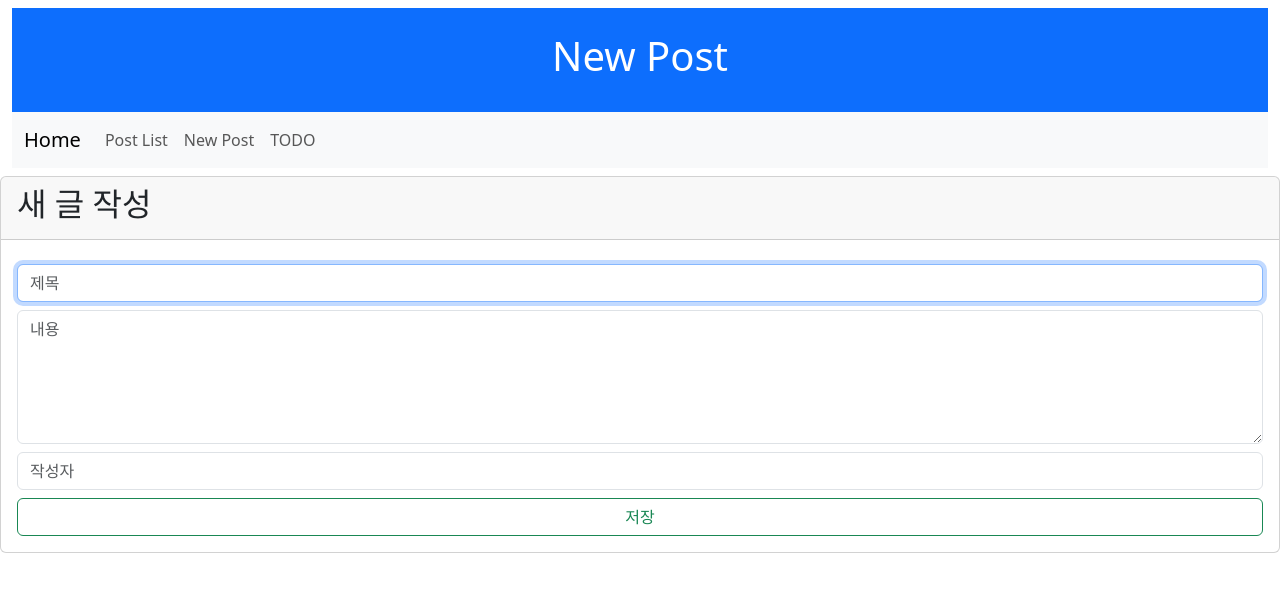
Repository: ldj0905/javaproject
Page: http://localhost/lab05_jsp/post/create
These files come from the project's save history. The page is drawn as it stood at one moment and after the next save; the edit follows.
The browser window is 1280 px wide. The pictures show the whole page.
The page is served by Tomcat 10.

Above is the page before, as saved 2024-05-29 02:54:36.

After the next save:
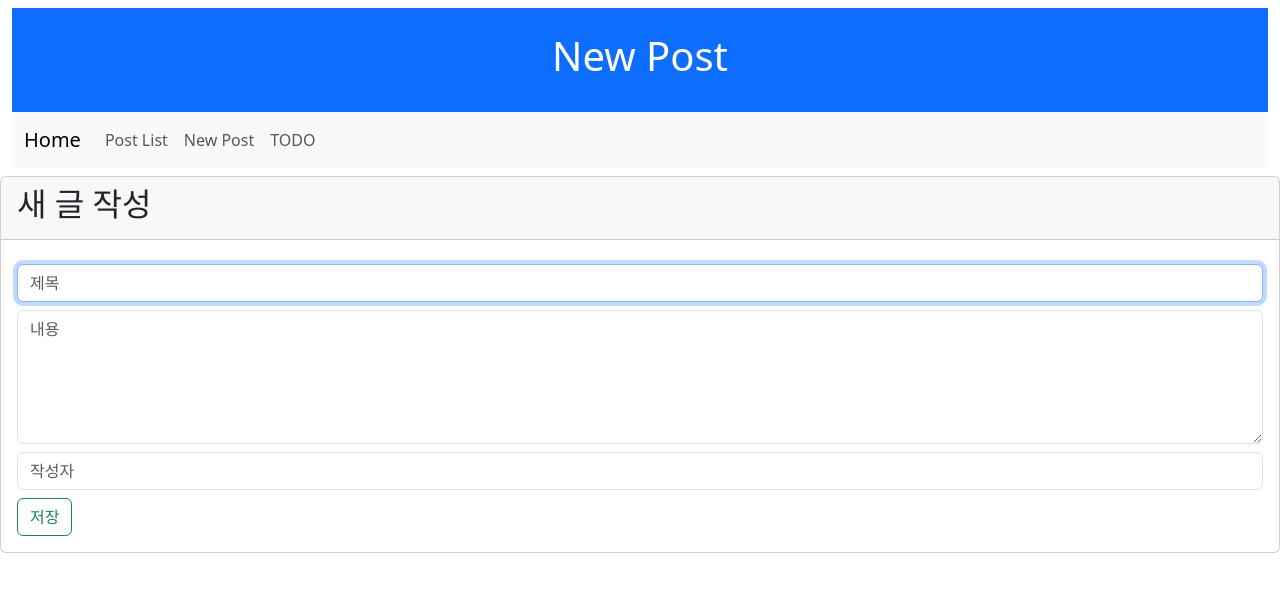
Saved 2 min 27 s later.
--- a/lab05_jsp/src/main/webapp/WEB-INF/views/post/create.jsp
+++ b/lab05_jsp/src/main/webapp/WEB-INF/views/post/create.jsp
@@ -37,7 +37,7 @@
                         <input class="form-control"  type="text" name="author" placeholder="작성자" required/>
                     </div>
                     <div class = "mt-2">
-                        <input class="form-control btn btn-outline-success"  type = "submit" value="저장"/>
+                        <input class=" btn btn-outline-success"  type = "submit" value="저장"/>
                     </div>
             </div>
         </div>
